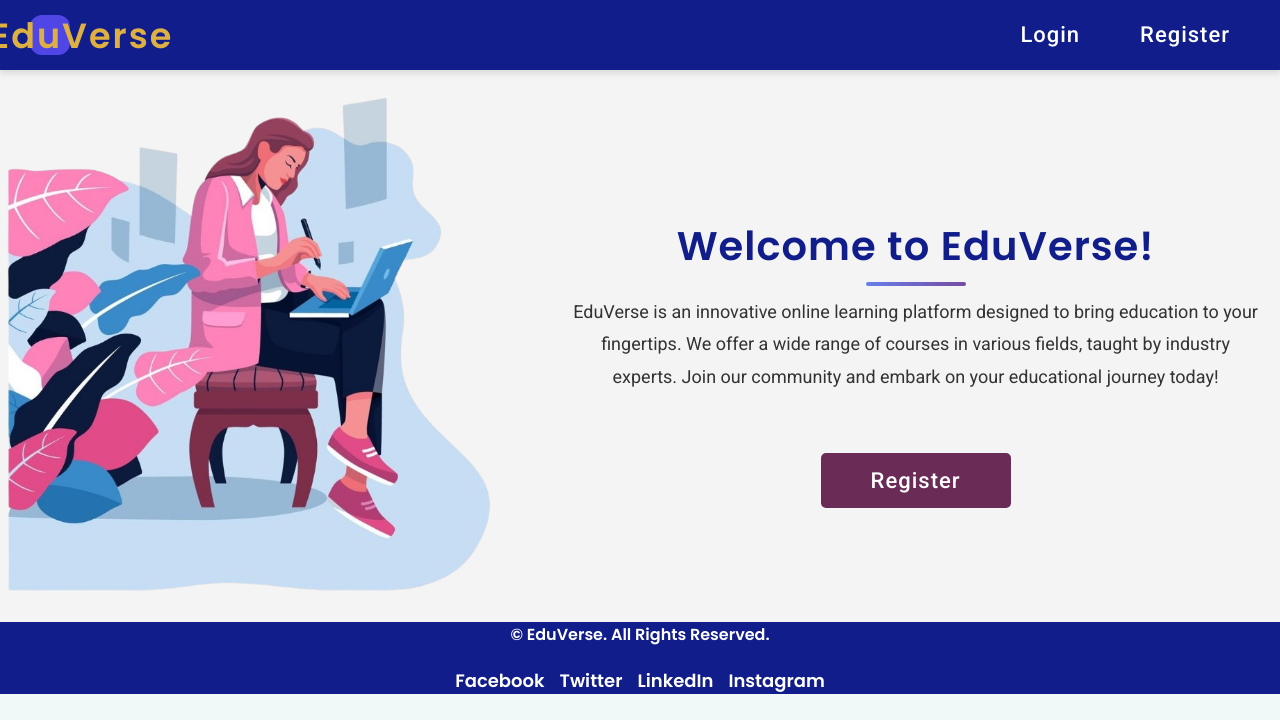
Repository: aviralsaxena16/Eduverse-Elearning-Platform
Page: /
These files come from the project's save history. The page is drawn as it stood at one moment and after a run of saves; the edit follows.
The browser window is 1280 px wide. The pictures show the whole page.
The project was rebuilt for these pictures with package versions that can differ from the ones it lists, and the page was loaded fresh each time. Also part of the build but not shown: vite.config.js, src/pages/LoginPage/Logout.css, src/pages/LoginPage/Logout.jsx, src/components/Side/Sidebar.css, src/components/Side/Sidebar.jsx, src/components/Navbar2/Navbar2.jsx, src/pages/MainPage/BotPage.jsx, src/pages/MainPage/MainPage.jsx and 19 more. Imported but missing from the stored project, and not drawn on this page: src/config.js, src/pages/Profile/ProfilePic.

Above is the page before, as saved 2025-03-21 18:21:09.

After the next 3 saves:
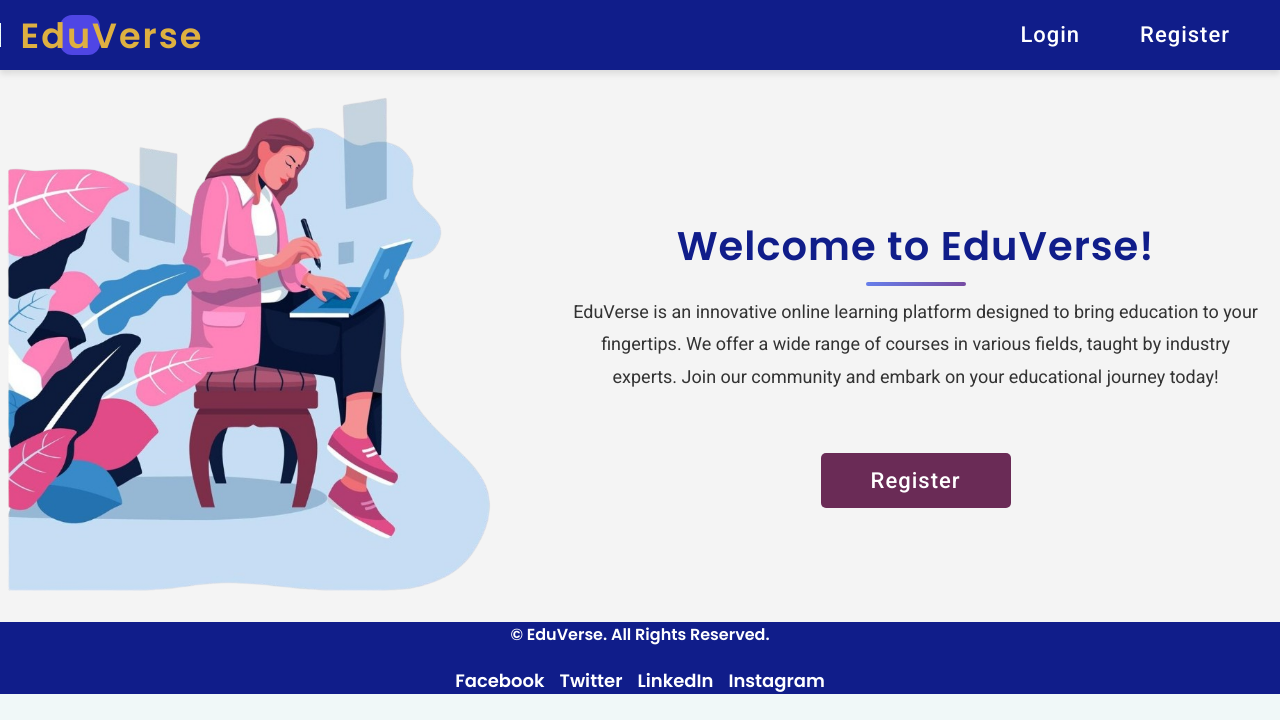
The 3 saves are shown as one change because they came seconds apart.
The last was saved 9 s later.
--- a/src/pages/landingPage/Navbar.css
+++ b/src/pages/landingPage/Navbar.css
@@ -25,7 +25,7 @@
   font-weight: 600;
   color: #DEB041; /* Gold color for logo */
   letter-spacing: 2px;
-  mar
+  margin-left: 30px;
 }
 
 .nav-links {
